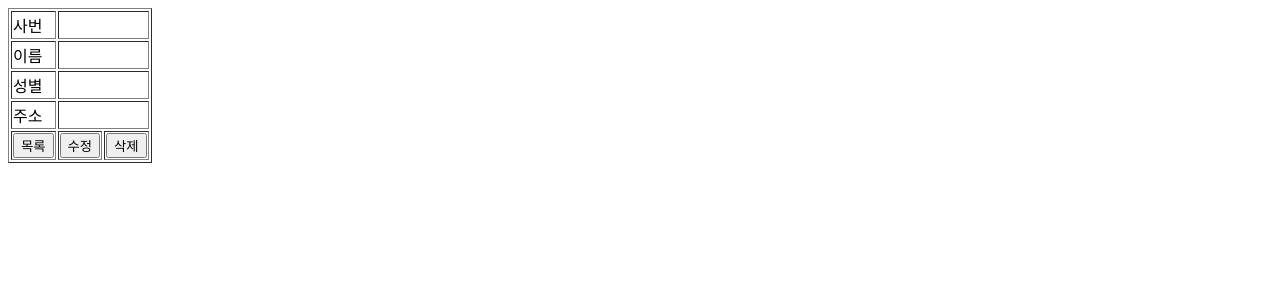
Repository: GeonyoungPark/pythonBasic
Page: http://localhost/HELLO_WEB/emp_detail
These files come from the project's save history. The page is drawn as it stood at one moment and after the next save; the edit follows.
The browser window is 1280 px wide. The pictures show the whole page.
The page is served by Tomcat 9. Other server files are loaded and not shown. Queries for data that is not in the repository find no rows.

Above is the page before, as saved 2022-07-05 00:10:58.

### HELLO_WEB/src/main/webapp/emp_detail.jsp
<%@page import="kr.co.aiai.dao.EmpVO"%>
<%@page import="java.util.ArrayList"%>
<%@ page language="java" contentType="text/html; charset=UTF-8"
	pageEncoding="UTF-8"%>

<!DOCTYPE html>
<html>
<head>
<meta charset="UTF-8">
<title>Insert title here</title>
<style type="text/css">
</style>
</head>
<body>
	<%
	EmpVO vo = (EmpVO) request.getAttribute("emp");
	%>
	<table border="1px">
		<tr>
			<td>사번</td>
			<td colspan="2"><%=vo.getE_id()%></td>
		</tr>
		<tr>
			<td>이름</td>
			<td colspan="2"><%=vo.getE_name()%></td>
		</tr>
		<tr>
			<td>성별</td>
			<td colspan="2"><%=vo.getSex()%></td>
		</tr>
		<tr>
			<td>주소</td>
			<td colspan="2"><%=vo.getAddr()%></td>
		</tr>
		<tr>
			<td><input type="button" value="목록"></td>
			<td><input type="button" value="수정"></td>
			<td><input type="button" value="삭제"></td>
		</tr>
	</table>
</body>
</html>

### HELLO_WEB/src/main/java/kr/co/aiai/controller/EmpDetail.java
package kr.co.aiai.controller;

import java.io.IOException;
import java.io.PrintWriter;
import java.util.ArrayList;

import javax.servlet.RequestDispatcher;
import javax.servlet.ServletException;
import javax.servlet.annotation.WebServlet;
import javax.servlet.http.HttpServlet;
import javax.servlet.http.HttpServletRequest;
import javax.servlet.http.HttpServletResponse;

import kr.co.aiai.dao.DaoEmp;
import kr.co.aiai.dao.EmpVO;

@WebServlet("/emp_detail")
public class EmpDetail extends HttpServlet {

	protected void doGet(HttpServletRequest request, HttpServletResponse response)
			throws ServletException, IOException {
		String e_id = request.getParameter("e_id");

		DaoEmp de = new DaoEmp();

		EmpVO vo = new EmpVO();
		vo.setE_id(e_id);

		try {
			vo = de.getOne(vo);
		} catch (Exception e) {
			e.printStackTrace();
		}
		request.setAttribute("emp", vo);
		RequestDispatcher rd = request.getRequestDispatcher("/emp_detail.jsp");
		rd.forward(request, response);
	}

	protected void doPost(HttpServletRequest request, HttpServletResponse response)
			throws ServletException, IOException {
		doGet(request, response);
	}

}

### HELLO_WEB/src/main/java/kr/co/aiai/dao/DaoEmp.java
package kr.co.aiai.dao;

import java.sql.Connection;
import java.sql.DriverManager;
import java.sql.ResultSet;
import java.sql.Statement;
import java.util.ArrayList;

public class DaoEmp {

	public EmpVO getOne(EmpVO pvo) throws Exception {

		EmpVO rvo = new EmpVO();

		Class.forName("com.mysql.jdbc.Driver");
		Connection conn = DriverManager.getConnection("jdbc:mysql://127.0.0.1:3305/python", "root", "python");
		Statement stmt = conn.createStatement();

		String sql = "select e_id,e_name,sex,addr from emp "; // *보단 필드값으로 명시해주는것이 좋은 습관이다
		sql += "where ";
		sql += "e_id = '" + pvo.getE_id() + "' ";

		ResultSet rs = stmt.executeQuery(sql);

		while (rs.next()) {

			rvo.setE_id(rs.getString("e_id"));
			rvo.setE_name(rs.getString("e_name"));
			rvo.setSex(rs.getString("sex"));
			rvo.setAddr(rs.getString("addr"));
		}

		rs.close();
		stmt.close();
		conn.close();

		return rvo;
	}

	public ArrayList<EmpVO> getList() throws Exception {

		ArrayList<EmpVO> list = new ArrayList<EmpVO>();

		Class.forName("com.mysql.jdbc.Driver");
		Connection conn = DriverManager.getConnection("jdbc:mysql://127.0.0.1:3305/python", "root", "python");
		Statement stmt = conn.createStatement();
		String sql = "select * from emp";

		ResultSet rs = stmt.executeQuery(sql);

		while (rs.next()) {
			String e_id = rs.getString("e_id");
			String e_name = rs.getString("e_name");
			String sex = rs.getString("sex");
			String addr = rs.getString("addr");
//			System.out.println("e_id" + e_id + " , " + "e_name = " + e_name);
			EmpVO temp = new EmpVO();
			temp.setE_id(e_id);
			temp.setE_name(e_name);
			temp.setSex(sex);
			temp.setAddr(addr);
			list.add(temp);

		}

		rs.close();
		stmt.close();
		conn.close();

		return list;
	}

	public int insert(EmpVO vo) throws Exception {

		Class.forName("com.mysql.jdbc.Driver");
		Connection conn = DriverManager.getConnection("jdbc:mysql://127.0.0.1:3305/python", "root", "python");
		Statement stmt = conn.createStatement();

		String sql = "insert into emp ";
		sql += "(e_id,e_name,sex,addr) ";
		sql += "values ";
		sql += "('" + vo.getE_id() + "','" + vo.getE_name() + "','" + vo.getSex() + "','" + vo.getAddr() + "')";
		int cnt = stmt.executeUpdate(sql);
		return cnt;
	}

	public int update(EmpVO vo) throws Exception {

		Class.forName("com.mysql.jdbc.Driver");
		Connection conn = DriverManager.getConnection("jdbc:mysql://127.0.0.1:3305/python", "root", "python");
		Statement stmt = conn.createStatement();
		String sql = "";
		sql += "update emp ";
		sql += "set ";
		sql += "e_name = '" + vo.getE_name() + "', ";
		sql += "sex = '" + vo.getSex() + "', ";
		sql += "addr = '" + vo.getAddr() + "' ";
		sql += "where ";
		sql += "e_id = '" + vo.getE_id() + "' ";
		int cnt = stmt.executeUpdate(sql);
		return cnt;
	}

	public int delete(EmpVO vo) throws Exception {

		Class.forName("com.mysql.jdbc.Driver");
		Connection conn = DriverManager.getConnection("jdbc:mysql://127.0.0.1:3305/python", "root", "python");
		Statement stmt = conn.createStatement();
		String sql = "";
		sql += "delete from emp ";
		sql += "where ";
		sql += "e_id = '" + vo.getE_id() + "' ";
		int cnt = stmt.executeUpdate(sql);
		return cnt;
	}

	public static void main(String[] args) throws Exception {
		DaoEmp de = new DaoEmp();
		EmpVO vo = de.getOne(new EmpVO("1","4","4","4"));
		System.out.println("vo :" + vo);
	}
}

### HELLO_WEB/src/main/java/kr/co/aiai/dao/EmpVO.java
package kr.co.aiai.dao;

public class EmpVO {
	private String e_id = "";
	private String e_name= "";
	private String sex = "";
	private String addr = "";

	public EmpVO() {

	}

	public EmpVO(String e_id, String e_name, String sex, String addr) {
		super();
		this.e_id = e_id;
		this.e_name = e_name;
		this.sex = sex;
		this.addr = addr;
	}

	public String getE_id() {
		return e_id;
	}
	public void setE_id(String e_id) {
		this.e_id = e_id;
	}
	public String getE_name() {
		return e_name;
	}
	public void setE_name(String e_name) {
		this.e_name = e_name;
	}
	public String getSex() {
		return sex;
	}
	public void setSex(String sex) {
		this.sex = sex;
	}
	public String getAddr() {
		return addr;
	}
	public void setAddr(String addr) {
		this.addr = addr;
	}
	@Override
	public String toString() {
		return "EmpVO [e_id=" + e_id + ", e_name=" + e_name + ", sex=" + sex + ", addr=" + addr + "]";
	}


}

After the next save:
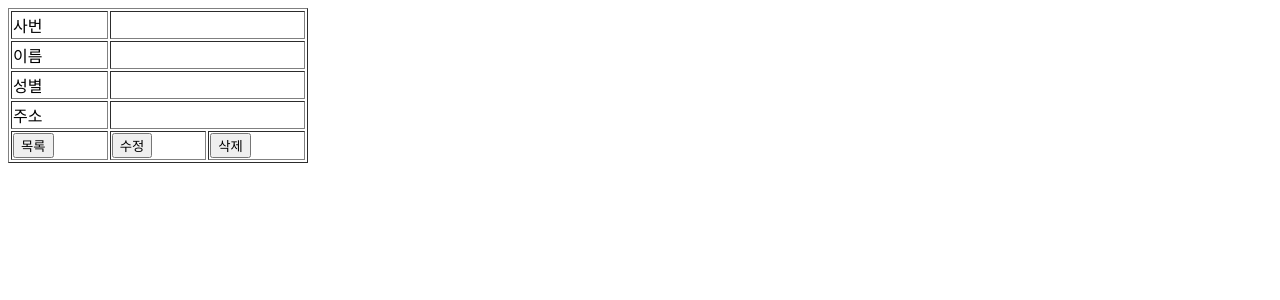
Saved 3 min 37 s later.
--- a/HELLO_WEB/src/main/webapp/emp_detail.jsp
+++ b/HELLO_WEB/src/main/webapp/emp_detail.jsp
@@ -15,7 +15,7 @@
 	<%
 	EmpVO vo = (EmpVO) request.getAttribute("emp");
 	%>
-	<table border="1px">
+	<table border="1px" style="width: 300px">
 		<tr>
 			<td>사번</td>
 			<td colspan="2"><%=vo.getE_id()%></td>
